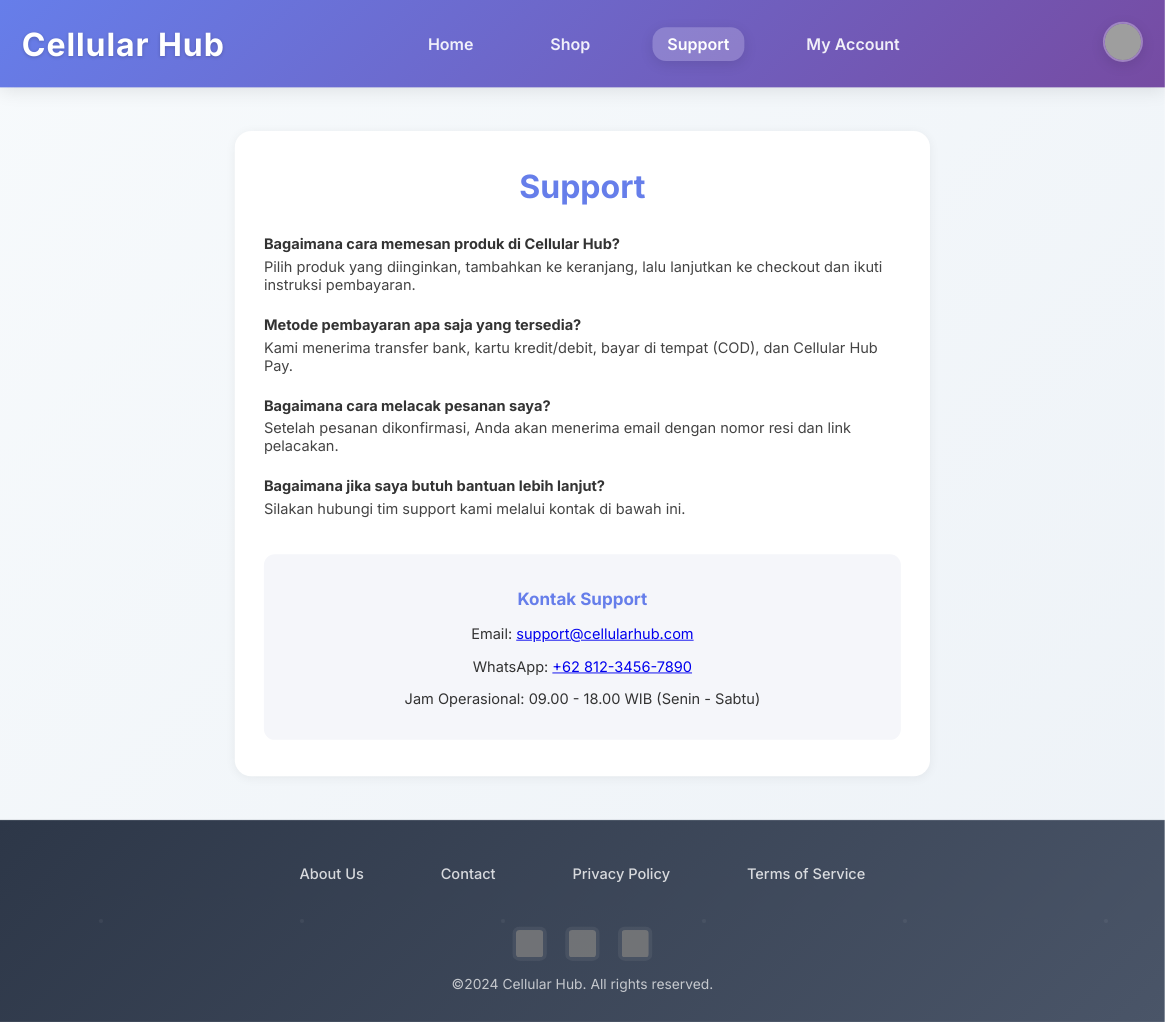
Repository: adrptrp/TP-2_kerja-sama
Page: support.html
These files come from the project's save history. The page is drawn as it stood at one moment and after the next save; the edit follows.
The browser window is 1280 px wide. The pictures show the whole page, at 91% of full size.
Pictures or frames that could not be fetched are drawn as grey boxes.

Above is the page before, as saved 2025-06-28 11:31:50.

### support.html
<!DOCTYPE html>
<html lang="id">
<head>
  <meta charset="UTF-8">
  <meta name="viewport" content="width=device-width, initial-scale=1.0">
  <title>Support - Cellular Hub</title>
  <link rel="stylesheet" href="css/style.css">
  <link href="https://fonts.googleapis.com/css?family=Inter:400,500,600,700&display=swap" rel="stylesheet">
  <style>
    .support-container { max-width: 700px; margin: 3rem auto; background: #fff; border-radius: 18px; box-shadow: 0 2px 12px rgba(0,0,0,0.06); padding: 2.5rem 2rem; }
    .support-title { font-size: 2.2rem; font-weight: 800; color: #667eea; margin-bottom: 2rem; text-align: center; }
    .faq-list { margin-bottom: 2.5rem; }
    .faq-item { margin-bottom: 1.5rem; }
    .faq-q { font-weight: 700; color: #333; margin-bottom: 0.3rem; }
    .faq-a { color: #444; }
    .support-contact { background: #f5f6fa; border-radius: 12px; padding: 1.2rem 1.5rem; text-align: center; }
    .support-contact h3 { color: #667eea; margin-bottom: 0.5rem; }
    .support-contact p { color: #333; }
  </style>
</head>
<body>
  <header class="header">
    <div class="container header__container">
      <div class="header__logo">Cellular Hub</div>
      <nav class="header__nav">
        <a href="index.html">Home</a>
        <a href="shop.html">Shop</a>
        <a href="support.html" class="active">Support</a>
        <a href="#">My Account</a>
      </nav>
      <div class="header__actions">
        <div class="header__user">
          <img src="assets/user.png" alt="User">
        </div>
      </div>
    </div>
  </header>
  <main>
    <div class="support-container">
      <div class="support-title">Support</div>
      <div class="faq-list">
        <div class="faq-item">
          <div class="faq-q">Bagaimana cara memesan produk di Cellular Hub?</div>
          <div class="faq-a">Pilih produk yang diinginkan, tambahkan ke keranjang, lalu lanjutkan ke checkout dan ikuti instruksi pembayaran.</div>
        </div>
        <div class="faq-item">
          <div class="faq-q">Metode pembayaran apa saja yang tersedia?</div>
          <div class="faq-a">Kami menerima transfer bank, kartu kredit/debit, bayar di tempat (COD), dan Cellular Hub Pay.</div>
        </div>
        <div class="faq-item">
          <div class="faq-q">Bagaimana cara melacak pesanan saya?</div>
          <div class="faq-a">Setelah pesanan dikonfirmasi, Anda akan menerima email dengan nomor resi dan link pelacakan.</div>
        </div>
        <div class="faq-item">
          <div class="faq-q">Bagaimana jika saya butuh bantuan lebih lanjut?</div>
          <div class="faq-a">Silakan hubungi tim support kami melalui kontak di bawah ini.</div>
        </div>
      </div>
      <div class="support-contact">
        <h3>Kontak Support</h3>
        <p>Email: <a href="mailto:support@cellularhub.com">support@cellularhub.com</a></p>
        <p>WhatsApp: <a href="https://wa.me/6281234567890">+62 812-3456-7890</a></p>
        <p>Jam Operasional: 09.00 - 18.00 WIB (Senin - Sabtu)</p>
      </div>
    </div>
  </main>
  <footer class="footer">
    <div class="footer__links">
      <a href="#">About Us</a>
      <a href="#">Contact</a>
      <a href="#">Privacy Policy</a>
      <a href="#">Terms of Service</a>
    </div>
    <div class="footer__copyright">
      <div class="footer__socials">
        <img src="assets/twitter.png" alt="Twitter">
        <img src="assets/facebook.png" alt="Facebook">
        <img src="assets/instagram.png" alt="Instagram">
      </div>
      <span>&copy;2024 Cellular Hub. All rights reserved.</span>
    </div>
  </footer>
</body>
</html>

### css/style.css
body {
  font-family: 'Inter', Arial, sans-serif;
  margin: 0;
  background: linear-gradient(135deg, #f7fafc 0%, #edf2f7 100%);
  color: #2d3748;
  min-height: 100vh;
  overflow-x: hidden;
}

.container {
  max-width: 1500px;
  margin: 0 auto;
  padding: 0 24px;
}

.header {
  background: linear-gradient(135deg, #667eea 0%, #764ba2 100%);
  box-shadow: 0 4px 20px rgba(0,0,0,0.1);
  padding: 1.5rem 0;
  position: sticky;
  top: 0;
  z-index: 10;
  backdrop-filter: blur(10px);
}
.header__container {
  display: flex;
  align-items: center;
  justify-content: space-between;
}
.header__logo {
  font-weight: 800;
  font-size: 2.2rem;
  letter-spacing: 1px;
  color: white;
  text-shadow: 0 2px 4px rgba(0,0,0,0.2);
}
.header__nav a {
  margin: 0 1.5rem;
  text-decoration: none;
  color: rgba(255, 255, 255, 0.9);
  font-weight: 600;
  font-size: 1.1rem;
  transition: all 0.3s ease;
  padding: 0.5rem 1rem;
  border-radius: 15px;
  position: relative;
}
.header__nav a:hover {
  color: white;
  background: rgba(255, 255, 255, 0.1);
  transform: translateY(-2px);
}
.header__nav a.active {
  color: white;
  background: rgba(255, 255, 255, 0.2);
  box-shadow: 0 4px 15px rgba(0, 0, 0, 0.1);
}
.header__actions {
  display: flex;
  align-items: center;
  gap: 1.5rem;
}
.header__search {
  padding: 0.75rem 1.5rem;
  border-radius: 25px;
  border: none;
  background: rgba(255, 255, 255, 0.9);
  font-size: 1rem;
  transition: all 0.3s ease;
  box-shadow: 0 4px 15px rgba(0, 0, 0, 0.1);
  backdrop-filter: blur(10px);
}
.header__search:focus {
  outline: none;
  background: white;
  box-shadow: 0 8px 25px rgba(0, 0, 0, 0.15);
  transform: translateY(-2px);
}
.header__search::placeholder {
  color: #718096;
}
.header__user img {
  width: 40px;
  height: 40px;
  border-radius: 50%;
  object-fit: cover;
  border: 2px solid rgba(255, 255, 255, 0.3);
  transition: all 0.3s ease;
  box-shadow: 0 4px 15px rgba(0, 0, 0, 0.1);
}
.header__user img:hover {
  transform: scale(1.1);
  border-color: rgba(255, 255, 255, 0.5);
}

.hero {
  position: relative;
  margin: 2.5rem auto 2.5rem auto;
  max-width: 1300px;
  border-radius: 24px;
  overflow: hidden;
  box-shadow: 0 4px 24px rgba(0,0,0,0.07);
  background: #ffffff;
}
.hero__img {
  width: 100%;
  display: block;
  height: 500px;
  object-fit: cover;
  filter: brightness(0.85);
}
.hero__text {
  position: absolute;
  left: 0;
  bottom: 0;
  width: 100%;
  padding: 3rem 3rem 2.5rem 3rem;
  color: #fff;
  background: linear-gradient(0deg, rgba(0,0,0,0.45) 60%, rgba(0,0,0,0.05) 100%);
}
.hero__text h1 {
  margin: 0 0 0.7rem 0;
  font-size: 2.7rem;
  font-weight: 700;
}
.hero__text p {
  margin: 0;
  font-size: 1.25rem;
  font-weight: 400;
}

.section {
  margin: 3rem auto;
  max-width: 1500px;
  padding: 0 24px;
}

.section h2 {
  font-size: 2rem;
  font-weight: 700;
  margin-bottom: 2rem;
  color: #2d3748;
  text-align: center;
  position: relative;
}

.section h2::after {
  content: '';
  position: absolute;
  bottom: -10px;
  left: 50%;
  transform: translateX(-50%);
  width: 60px;
  height: 3px;
  background: linear-gradient(90deg, #667eea, #764ba2);
  border-radius: 2px;
}

.cards {
  display: grid;
  grid-template-columns: repeat(auto-fit, minmax(280px, 1fr));
  gap: 2rem;
}

.card {
  background: rgba(255, 255, 255, 0.95);
  border-radius: 20px;
  box-shadow: 0 10px 30px rgba(0, 0, 0, 0.1);
  padding: 2rem;
  display: flex;
  flex-direction: column;
  align-items: center;
  transition: all 0.4s cubic-bezier(0.175, 0.885, 0.32, 1.275);
  backdrop-filter: blur(10px);
  border: 1px solid rgba(255, 255, 255, 0.2);
  position: relative;
  overflow: hidden;
}

.card::before {
  content: '';
  position: absolute;
  top: 0;
  left: 0;
  right: 0;
  height: 4px;
  background: linear-gradient(90deg, #667eea, #764ba2, #f093fb);
  transform: scaleX(0);
  transition: transform 0.3s ease;
}

.card:hover {
  transform: translateY(-10px) scale(1.02);
  box-shadow: 0 20px 40px rgba(0, 0, 0, 0.15);
}

.card:hover::before {
  transform: scaleX(1);
}

.card img {
  width: 200px;
  height: 300px;
  object-fit: contain;
  margin-bottom: 1.5rem;
  border-radius: 15px;
  background: linear-gradient(135deg, #f7fafc 0%, #edf2f7 100%);
  padding: 1rem;
  transition: all 0.3s ease;
}

.card:hover img {
  transform: scale(1.05);
}

.card h3 {
  margin: 0.5rem 0 1rem 0;
  font-size: 1.3rem;
  font-weight: 700;
  color: #2d3748;
}

.card p {
  margin: 0;
  font-size: 1rem;
  color: #718096;
  text-align: center;
  line-height: 1.6;
}

.footer {
  background: linear-gradient(135deg, #2d3748 0%, #4a5568 100%);
  border-top: 1px solid rgba(255, 255, 255, 0.1);
  margin-top: 3rem;
  padding: 3rem 0 2rem 0;
  text-align: center;
  position: relative;
}

.footer::before {
  content: '';
  position: absolute;
  top: 0;
  left: 0;
  right: 0;
  bottom: 0;
  background: url('data:[embedded picture, 297 characters]');
  pointer-events: none;
}

.footer__links {
  margin-bottom: 2rem;
  position: relative;
  z-index: 1;
}

.footer__links a {
  margin: 0 1.5rem;
  color: rgba(255, 255, 255, 0.8);
  text-decoration: none;
  font-size: 1rem;
  font-weight: 500;
  transition: all 0.3s ease;
  padding: 0.5rem 1rem;
  border-radius: 15px;
}

.footer__links a:hover {
  color: white;
  background: rgba(255, 255, 255, 0.1);
  transform: translateY(-2px);
}

.footer__copyright {
  display: flex;
  flex-direction: column;
  align-items: center;
  gap: 1rem;
  font-size: 0.95rem;
  color: rgba(255, 255, 255, 0.7);
  position: relative;
  z-index: 1;
}

.footer__socials {
  margin-top: 1rem;
}

.footer__socials img {
  width: 30px;
  height: 30px;
  margin: 0 0.5rem;
  vertical-align: middle;
  filter: brightness(0.8);
  opacity: 0.8;
  transition: all 0.3s ease;
  border-radius: 8px;
  padding: 0.25rem;
  background: rgba(255, 255, 255, 0.1);
}

.footer__socials img:hover {
  filter: brightness(1);
  opacity: 1;
  transform: translateY(-2px) scale(1.1);
  background: rgba(255, 255, 255, 0.2);
}

@media (max-width: 1000px) {
  .hero {
    max-width: 98vw;
  }
  .hero__img {
    height: 400px;
  }
  .hero__text {
    padding: 2rem 2rem 1.5rem 2rem;
  }
  .hero__text h1 {
    font-size: 2.2rem;
  }
  .hero__text p {
    font-size: 1.1rem;
  }
}

@media (max-width: 800px) {
  .container, .section {
    padding: 0 20px;
  }
  .hero__text {
    padding: 1.5rem 1.5rem 1rem 1.5rem;
  }
  .hero__img {
    height: 300px;
  }
  .section h2 {
    font-size: 1.6rem;
  }
  .cards {
    grid-template-columns: repeat(auto-fit, minmax(250px, 1fr));
    gap: 1.5rem;
  }
}

@media (max-width: 600px) {
  .header__container {
    flex-direction: column;
    gap: 1rem;
  }
  .hero {
    max-width: 100vw;
  }
  .section {
    margin: 2rem auto;
  }
  .cards {
    grid-template-columns: 1fr;
    gap: 1.5rem;
  }
  .footer__links a {
    margin: 0 0.8rem;
    font-size: 0.9rem;
  }
  .card img {
    width: 180px;
    height: 250px;
  }
  .section h2 {
    font-size: 1.4rem;
  }
}

.hero.hero--full {
  position: relative;
  left: 50%;
  right: 50%;
  margin-left: -50vw;
  margin-right: -50vw;
  width: 100vw;
  min-width: 100vw;
  max-width: 100vw;
  box-sizing: border-box;
  min-height: 80vh;
  padding: 0;
  border-radius: 0;
  display: flex;
  align-items: center;
  justify-content: center;
  text-align: center;
  background: linear-gradient(135deg, #667eea 0%, #764ba2 100%);
  overflow: hidden;
  z-index: 1;
}

.hero__bg {
  position: absolute;
  top: 0;
  left: 0;
  right: 0;
  bottom: 0;
  background: url('data:[embedded picture, 296 characters]');
  pointer-events: none;
}

.hero__center {
  position: relative;
  z-index: 1;
  max-width: 800px;
  padding: 0 2rem;
}

.hero__center h1 {
  font-size: 4rem;
  font-weight: 800;
  margin-bottom: 1.5rem;
  color: white;
  text-shadow: 0 4px 8px rgba(0,0,0,0.3);
  background: linear-gradient(45deg, #fff, #f0f0f0);
  -webkit-background-clip: text;
  -webkit-text-fill-color: transparent;
  background-clip: text;
}

.hero__center p {
  font-size: 1.4rem;
  margin-bottom: 2.5rem;
  color: rgba(255, 255, 255, 0.9);
  line-height: 1.6;
}

.hero__btn {
  display: inline-block;
  padding: 1.2rem 3rem;
  background: linear-gradient(135deg, #48bb78 0%, #38a169 100%);
  color: white;
  text-decoration: none;
  border-radius: 25px;
  font-weight: 700;
  font-size: 1.1rem;
  transition: all 0.3s ease;
  box-shadow: 0 8px 25px rgba(72, 187, 120, 0.3);
  position: relative;
  overflow: hidden;
}

.hero__btn::before {
  content: '';
  position: absolute;
  top: 0;
  left: -100%;
  width: 100%;
  height: 100%;
  background: linear-gradient(90deg, transparent, rgba(255,255,255,0.2), transparent);
  transition: left 0.5s ease;
}

.hero__btn:hover {
  transform: translateY(-3px);
  box-shadow: 0 12px 35px rgba(72, 187, 120, 0.4);
  color: white;
}

.hero__btn:hover::before {
  left: 100%;
}

html, body {
  margin: 0;
  padding: 0;
  width: 100%;
  box-sizing: border-box;
  overflow-x: hidden;
}

After the next save:
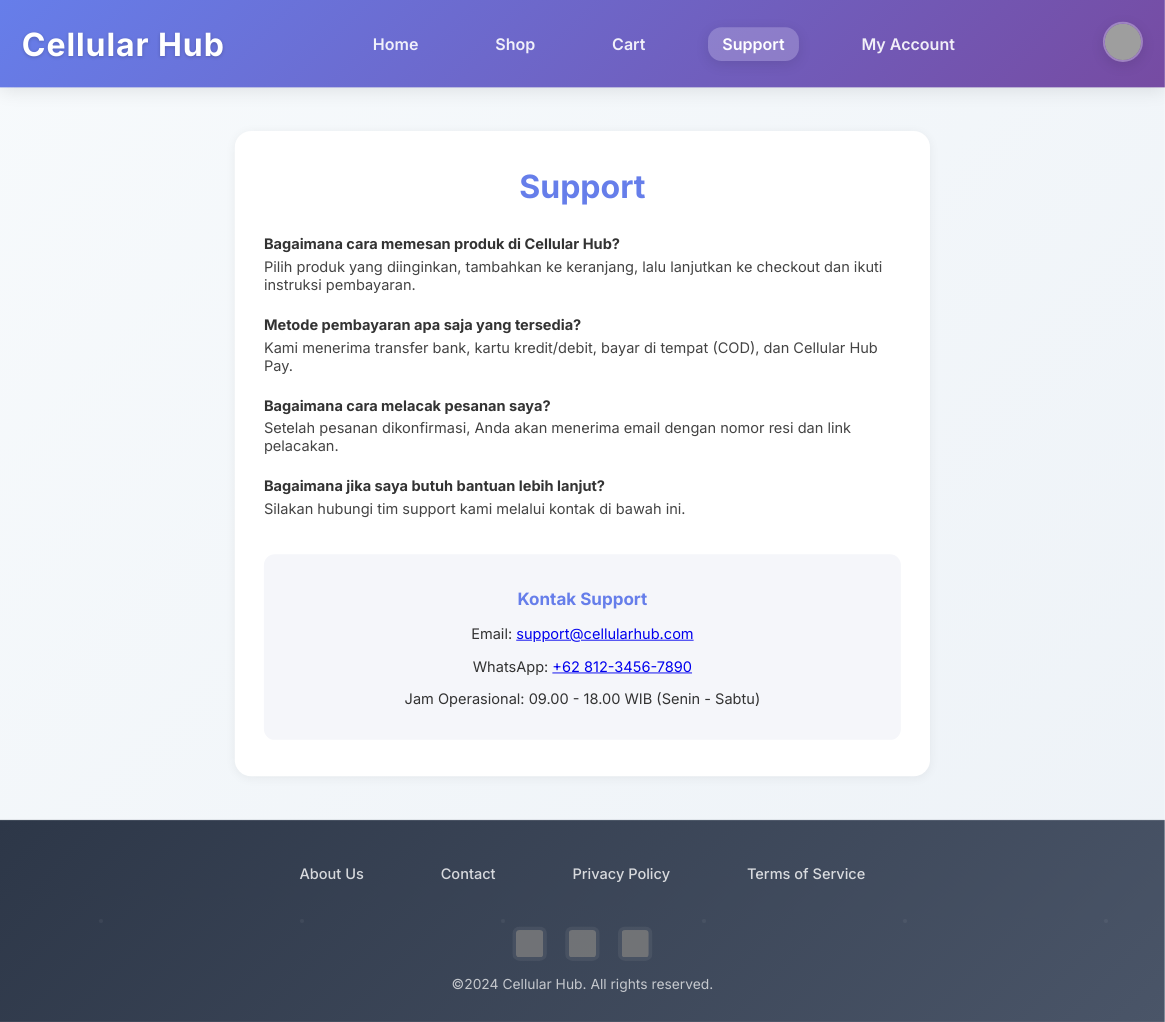
Saved 24 s later.
--- a/support.html
+++ b/support.html
@@ -25,8 +25,9 @@
       <nav class="header__nav">
         <a href="index.html">Home</a>
         <a href="shop.html">Shop</a>
+        <a href="cart.html">Cart</a>
         <a href="support.html" class="active">Support</a>
-        <a href="#">My Account</a>
+        <a href="myaccount.html">My Account</a>
       </nav>
       <div class="header__actions">
         <div class="header__user">
